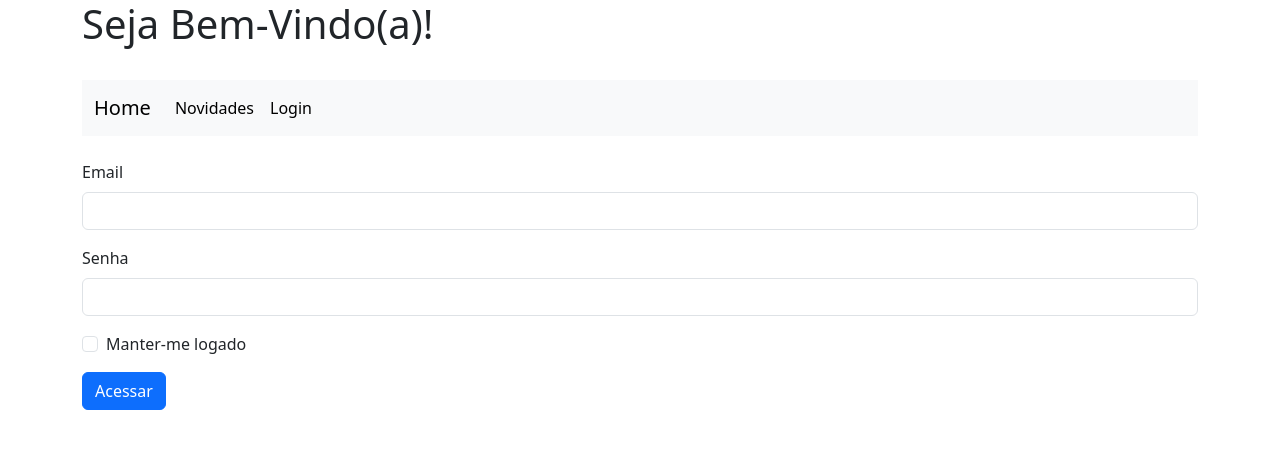
Repository: DianeMascarello/Uc09Senai
Page: http://localhost/SA3Uc09/ServletLogin
An editor plug-in stored every save of this project. The page is shown before and after the next save, followed by the edit.
The browser window is 1280 px wide. The pictures show the whole page.
The page is served by Tomcat 10. Other server files are loaded and not shown.

Above is the page before, as saved 2023-08-08 23:09:18.

### SA3Uc09/src/main/webapp/login.jsp
<%@ page language="java" contentType="text/html; charset=UTF-8"
	pageEncoding="UTF-8"%>
<!DOCTYPE html>
<html>
<head>
<meta charset="UTF-8">
<link>
<title>Login</title>
<link
	href="https://cdn.jsdelivr.net/npm/bootstrap@5.3.1/dist/css/bootstrap.min.css"
	rel="stylesheet"
	integrity="sha384-4bw+/aepP/YC94hEpVNVgiZdgIC5+VKNBQNGCHeKRQN+PtmoHDEXuppvnDJzQIu9"
	crossorigin="anonymous">

</head>
<body>
	<div class="container">
		<h1>Seja Bem-Vindo(a)!</h1>
		<br>
		<nav class="navbar navbar-expand-lg bg-body-tertiary">
			<div class="container-fluid">
				<a class="navbar-brand" href="index.jsp">Home</a>
				<button class="navbar-toggler" type="button"
					data-bs-toggle="collapse" data-bs-target="#navbarSupportedContent"
					aria-controls="navbarSupportedContent" aria-expanded="false"
					aria-label="Toggle navigation">
					<span class="navbar-toggler-icon"></span>
				</button>
				<div class="collapse navbar-collapse" id="navbarSupportedContent">
					<ul class="navbar-nav me-auto mb-2 mb-lg-0">
						<li class="nav-item"><a class="nav-link active"
							aria-current="page" href="#">Novidades</a></li>
						<li class="nav-item"><a class="nav-link active"
							aria-current="page" href="login.jsp">Login</a></li>
					</ul>
				</div>
			</div>
		</nav>
		<br>

		<form action="ServletInicial" method="post">
			<div class="mb-3">
				<label for="exampleInputEmail1" class="form-label">Email</label> <input
					type="email" class="form-control" name="email"
					id="exampleInputEmail1" aria-describedby="emailHelp" required>
			</div>
			<div class="mb-3">
				<label for="exampleInputPassword1" class="form-label">Senha</label>
				<input type="password" class="form-control" name="senha"
					id="exampleInputPassword1">
			</div>
			<div class="mb-3 form-check">
				<input type="checkbox" class="form-check-input" id="exampleCheck1">
				<label class="form-check-label" for="exampleCheck1">Manter-me
					logado</label>
			</div>
			<button type="submit" class="btn btn-primary">Acessar</button>
		</form>
		<br>

		<script
			src="https://cdn.jsdelivr.net/npm/bootstrap@5.3.1/dist/js/bootstrap.bundle.min.js"
			integrity="sha384-HwwvtgBNo3bZJJLYd8oVXjrBZt8cqVSpeBNS5n7C8IVInixGAoxmnlMuBnhbgrkm"
			crossorigin="anonymous"></script>


		<div class="modal" tabindex="-1">
			<div class="modal-dialog">
				<div class="modal-content">
					<div class="modal-header">
						<h5 class="modal-title">Modal title</h5>
						<button type="button" class="btn-close" data-bs-dismiss="modal"
							aria-label="Close"></button>
					</div>
					<div class="modal-body">
						<h4>${mensagem}</h4>
					</div>
					<div class="modal-footer">
						<button type="button" class="btn btn-secondary"
							data-bs-dismiss="modal">Ok</button>
					</div>
				</div>
			</div>
		</div>
</body>
</html>

### SA3Uc09/src/main/java/controller/ServletLogin.java
package controller;

import jakarta.security.auth.message.callback.PrivateKeyCallback.Request;
import jakarta.servlet.RequestDispatcher;
import jakarta.servlet.ServletException;
import jakarta.servlet.annotation.WebServlet;
import jakarta.servlet.http.HttpServlet;
import jakarta.servlet.http.HttpServletRequest;
import jakarta.servlet.http.HttpServletResponse;
import java.io.IOException;

@WebServlet("/ServletInicial")
public class ServletLogin extends HttpServlet {
	private static final long serialVersionUID = 1L;

	public ServletLogin() {
	}

	protected void doGet(HttpServletRequest request, HttpServletResponse response)
			throws ServletException, IOException {

	}

	protected void doPost(HttpServletRequest request, HttpServletResponse response) throws ServletException, IOException {
		String usuario = request.getParameter("email");
		String senha = request.getParameter("senha");

		if (usuario != null && !usuario.isEmpty() && senha != null && !senha.isEmpty()) {
		}
		else {
			RequestDispatcher redireciona = request.getRequestDispatcher("/login.jsp");
			request.setAttribute("mensagem", "Usuário ou Senha incorreto!");
			redireciona.forward(request, response);
		}

	}

}

After the next save:
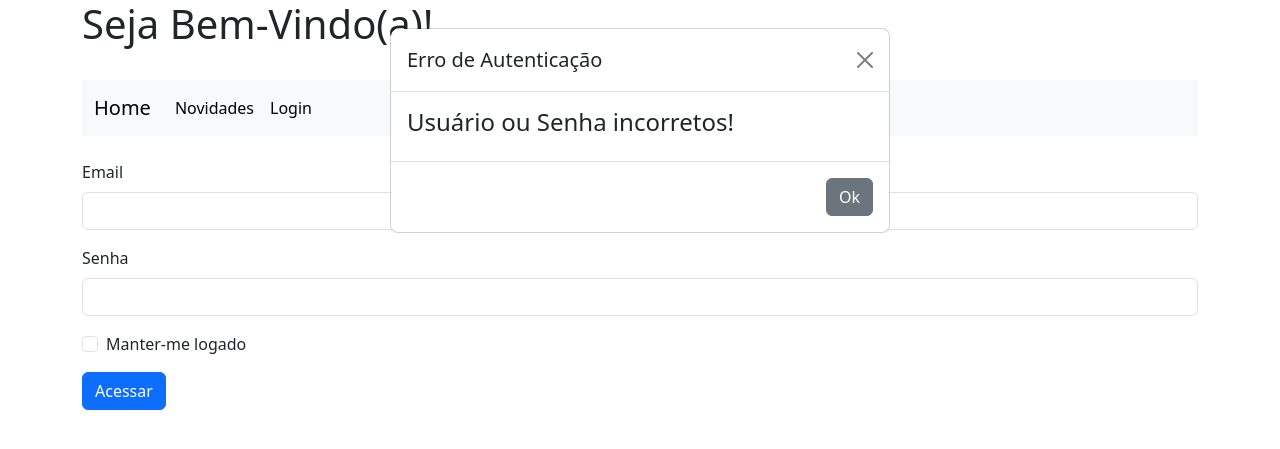
Saved 4 min 2 s later.
--- a/SA3Uc09/src/main/webapp/login.jsp
+++ b/SA3Uc09/src/main/webapp/login.jsp
@@ -64,11 +64,11 @@
 			crossorigin="anonymous"></script>
 
 
-		<div class="modal" tabindex="-1">
+		<div class="modal fade show" style="display: block;" tabindex="-1">
 			<div class="modal-dialog">
 				<div class="modal-content">
 					<div class="modal-header">
-						<h5 class="modal-title">Modal title</h5>
+						<h5 class="modal-title">Erro de Autenticação</h5>
 						<button type="button" class="btn-close" data-bs-dismiss="modal"
 							aria-label="Close"></button>
 					</div>

After the save that followed:
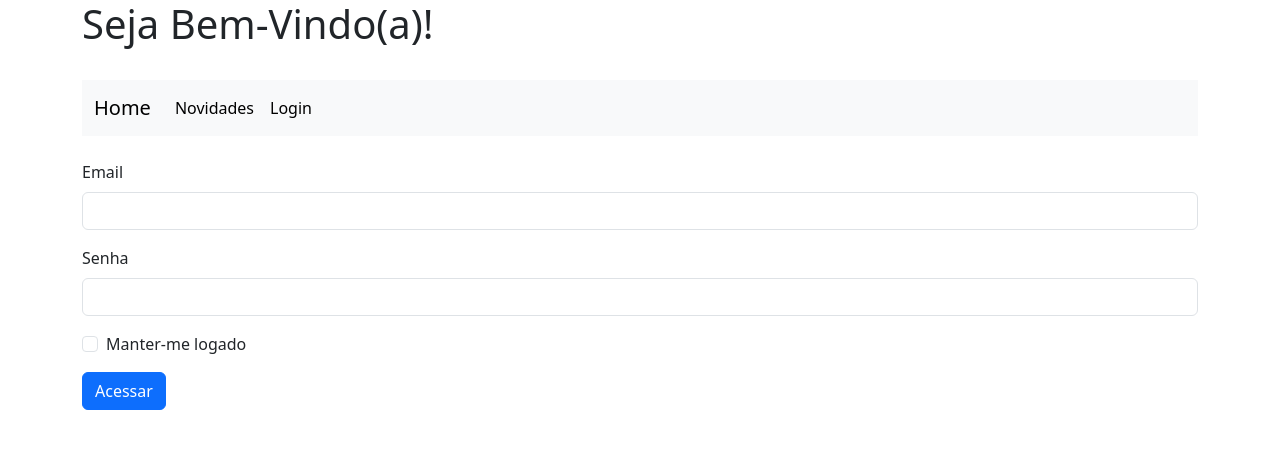
Saved 84 s later.
--- a/SA3Uc09/src/main/webapp/login.jsp
+++ b/SA3Uc09/src/main/webapp/login.jsp
@@ -63,24 +63,5 @@
 			integrity="sha384-HwwvtgBNo3bZJJLYd8oVXjrBZt8cqVSpeBNS5n7C8IVInixGAoxmnlMuBnhbgrkm"
 			crossorigin="anonymous"></script>
 
-
-		<div class="modal fade show" style="display: block;" tabindex="-1">
-			<div class="modal-dialog">
-				<div class="modal-content">
-					<div class="modal-header">
-						<h5 class="modal-title">Erro de Autenticação</h5>
-						<button type="button" class="btn-close" data-bs-dismiss="modal"
-							aria-label="Close"></button>
-					</div>
-					<div class="modal-body">
-						<h4>${mensagem}</h4>
-					</div>
-					<div class="modal-footer">
-						<button type="button" class="btn btn-secondary"
-							data-bs-dismiss="modal">Ok</button>
-					</div>
-				</div>
-			</div>
-		</div>
 </body>
 </html>
